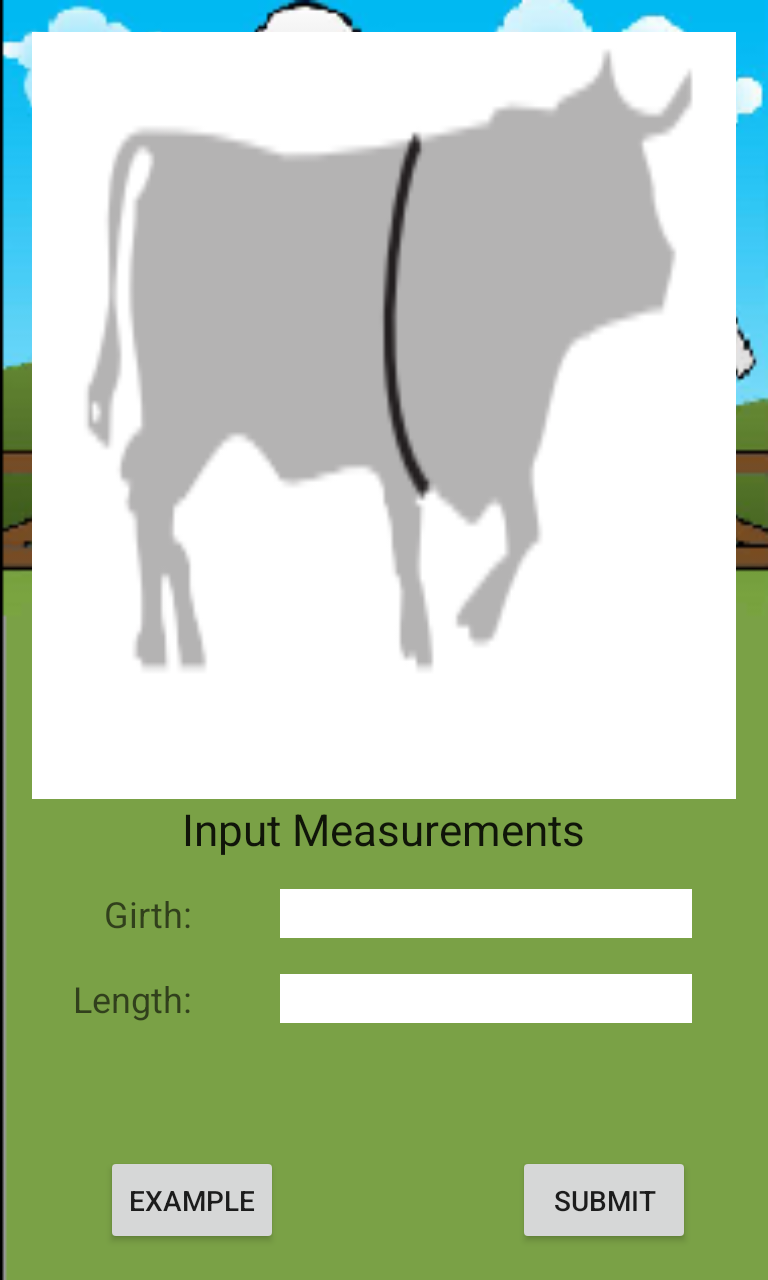
Repository: jdmielke/AnimalApp
Layout: AWEA/res/layout/activity_cow_measurement.xml
The author's editor kept a copy of each file at every save. The layout is drawn from the files as they stood at one save, then again after the next save.
It is drawn on a 768 x 1280 px phone screen (xhdpi) without system bars, with theme AppTheme; the app's code is not run.

Above is the layout before, as saved 2014-11-12 09:57:39.

After the next save:
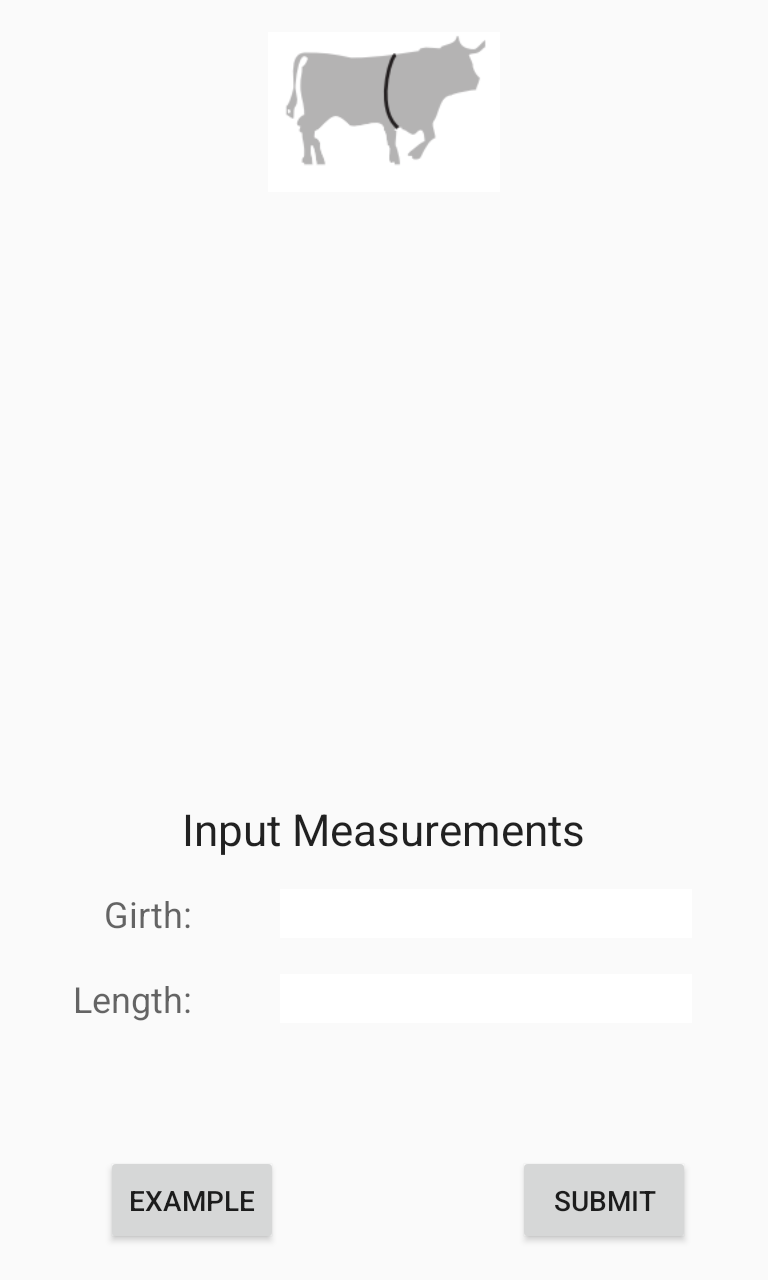
Saved 17 min 16 s later.
--- a/AWEA/res/layout/activity_cow_measurement.xml
+++ b/AWEA/res/layout/activity_cow_measurement.xml
@@ -3,7 +3,8 @@
     xmlns:tools="http://schemas.android.com/tools"
     android:layout_width="match_parent"
     android:layout_height="match_parent"
-    android:background="@drawable/app_background"
+    android:clipChildren="false"
+    android:clipToPadding="false"
     android:paddingBottom="@dimen/activity_vertical_margin"
     android:paddingLeft="@dimen/activity_horizontal_margin"
     android:paddingRight="@dimen/activity_horizontal_margin"
@@ -92,11 +93,9 @@
         android:id="@+id/imageView1"
         android:layout_width="wrap_content"
         android:layout_height="wrap_content"
-        android:layout_above="@+id/textView1"
         android:layout_alignParentLeft="true"
         android:layout_alignParentRight="true"
         android:layout_alignParentTop="true"
-        android:scaleType="fitXY"
         android:src="@drawable/beefdiagram" />
 
 </RelativeLayout>
